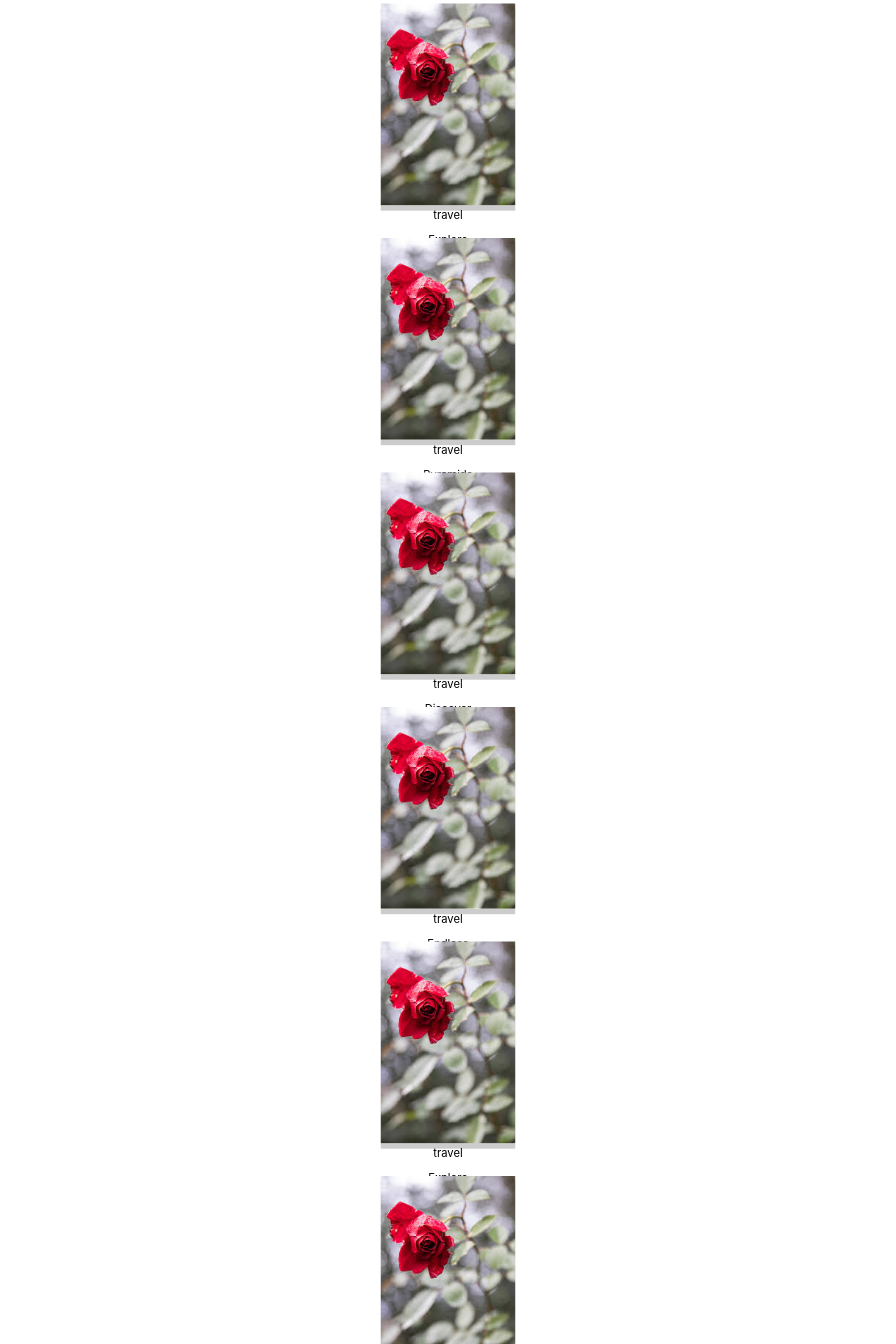
Repository: vakharia5/Preview
Page: /
An editor plug-in stored every save of this project. The page is shown before and after the next save, followed by the edit.
The browser window is 1280 px wide. The pictures show the part of the page from y = 0 to 1920 px (the page is 2698 px tall), at 70% of full size.
The project was rebuilt for these pictures with package versions that can differ from the ones it lists, and the page was loaded fresh each time.

Above is the page before, as saved 2020-06-22 15:10:02.

### src/App.js
import React from 'react';
import logo from './logo.svg';
import './App.css';
import CardList from './components/CardList';
import './assets/css/Style.css';

function App() {
  return (
    <div className="App">

    <CardList/>


    </div>
  );
}

export default App;

### src/components/CardList.js
import React, { Component } from 'react'
import {Card,Container,Row,Col} from 'react-bootstrap';
import img from '../assets/Images/download.jpg';
import Data from '../assets/data.json';

class CardList extends Component {
    render() {
        return (
   <div>
   <Container>
   <Row sm={1} md={2} lg={4}>
    {console.log(Data)}
    { Data.map(data =>
    <Card  border="light" className = "shadow-box-example hoverable">
      <Card.Img src={img} alt="Card image" className = "cardImage " />
      <Card.ImgOverlay>
        <Card.Title>{data.title}</Card.Title>
        <Card.Text>
        {data.name}
        </Card.Text>
      </Card.ImgOverlay>
    </Card>)

}

</Row>
</Container>
      </div>
        )
        }
}
export default CardList

### src/assets/css/Style.css

.card{
    height: 20rem;
    padding: 5px;
    margin-bottom: 5px;

}

.cardImage {
    height: 18rem;
    box-shadow: 0px 8px  rgba(8, 1, 1, 0.20);
    -moz-box-sizing: border-box;
}

/* .shadow-box-example {
    background-color: #C7CACB;
  } */

### src/assets/data.json
[
    {
        "id": 1,
        "title" : "travel",
        "name": "Explore",
        "image": ""
    },
   {
        "id": 2,
        "title" : "travel",
        "name": "Pyramids",
        "image": ""
    },
    {
        "id": 3,
        "title" : "travel",
        "name": "Discover",
        "image": ""
    },
    {
        "id": 4,
        "title" : "travel",
        "name": "Endless",
        "image": ""
    },
     {
        "id": 5,
        "title" : "travel",
        "name": "Explore",
        "image": ""
    },
    {
        "id": 6,
        "title" : "travel",
        "name": "Pyramids",
        "image": ""

    },
    {
        "id": 7,
        "title" : "travel",
        "name": "Discover",
        "image": ""

    },
    {
        "id": 8,
        "title" : "travel",
        "name": "Endless",
        "image": ""
    }

]

Loaded but not shown: src/index.js (common file); src/index.css (common file); src/serviceWorker.js (common file); src/App.css (common file)

After the next save:
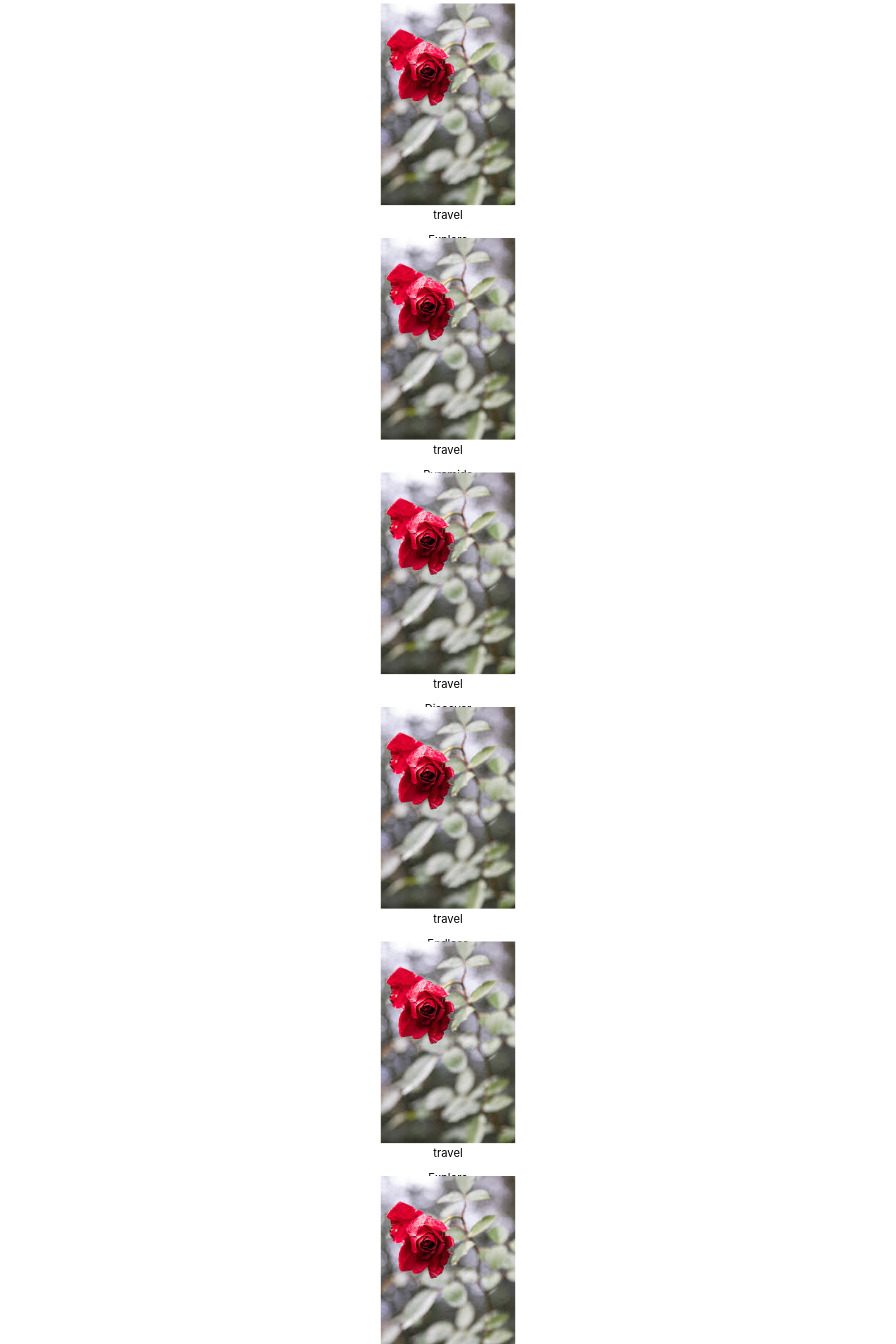
Saved 39 s later.
--- a/src/assets/css/Style.css
+++ b/src/assets/css/Style.css
@@ -8,10 +8,9 @@
 
 .cardImage {
     height: 18rem;
-    box-shadow: 0px 8px  rgba(8, 1, 1, 0.20);
-    -moz-box-sizing: border-box;
+
 }
 
-/* .shadow-box-example {
-    background-color: #C7CACB;
-  } */
+.cardImage:hover{
+    box-shadow: 0px 8px  rgba(8, 1, 1, 0.20);
+}

After the save that followed:
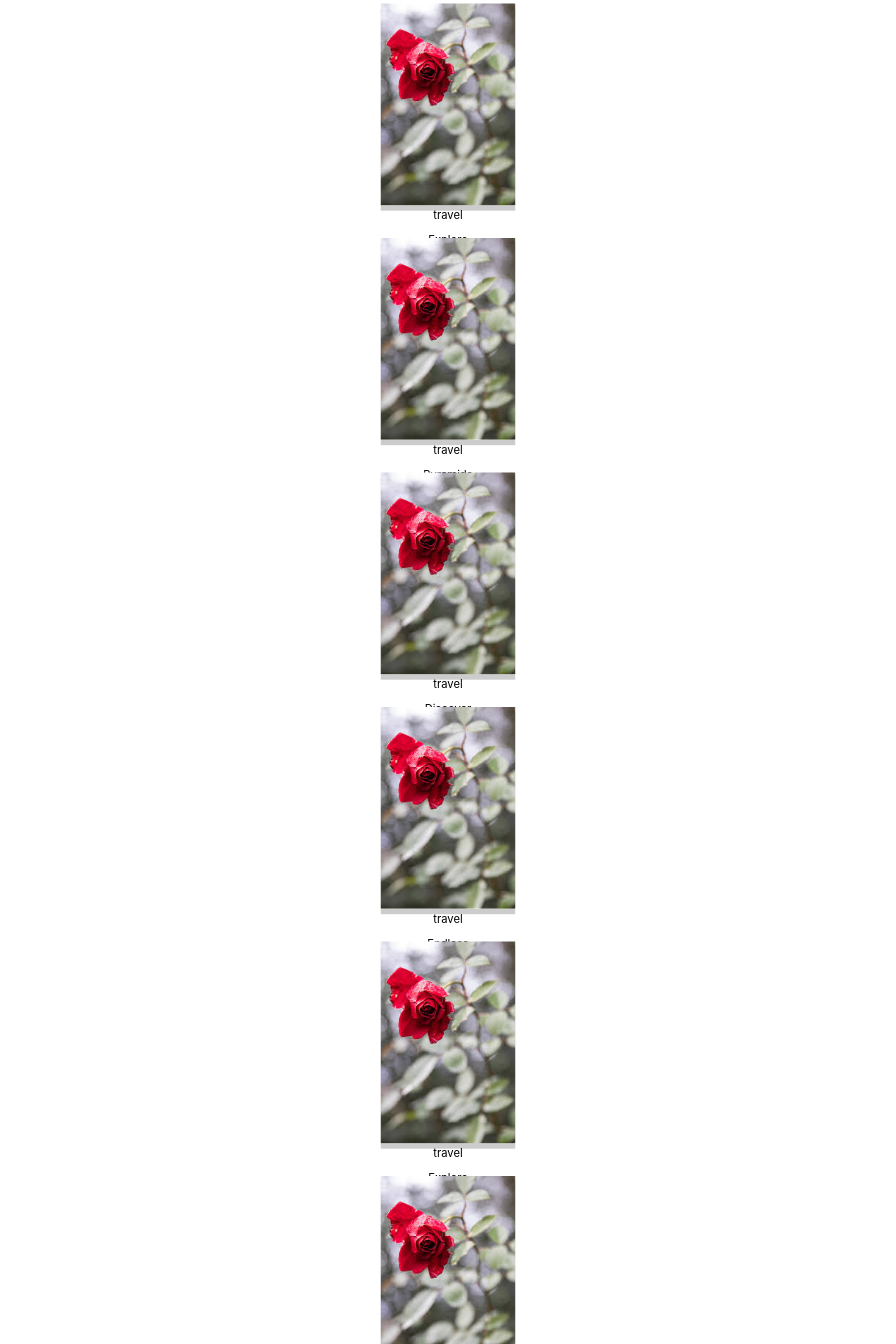
Saved 18 s later.
--- a/src/assets/css/Style.css
+++ b/src/assets/css/Style.css
@@ -8,9 +8,9 @@
 
 .cardImage {
     height: 18rem;
-
+    box-shadow: 0px 8px  rgba(8, 1, 1, 0.20);
 }
 
 .cardImage:hover{
-    box-shadow: 0px 8px  rgba(8, 1, 1, 0.20);
+
 }
